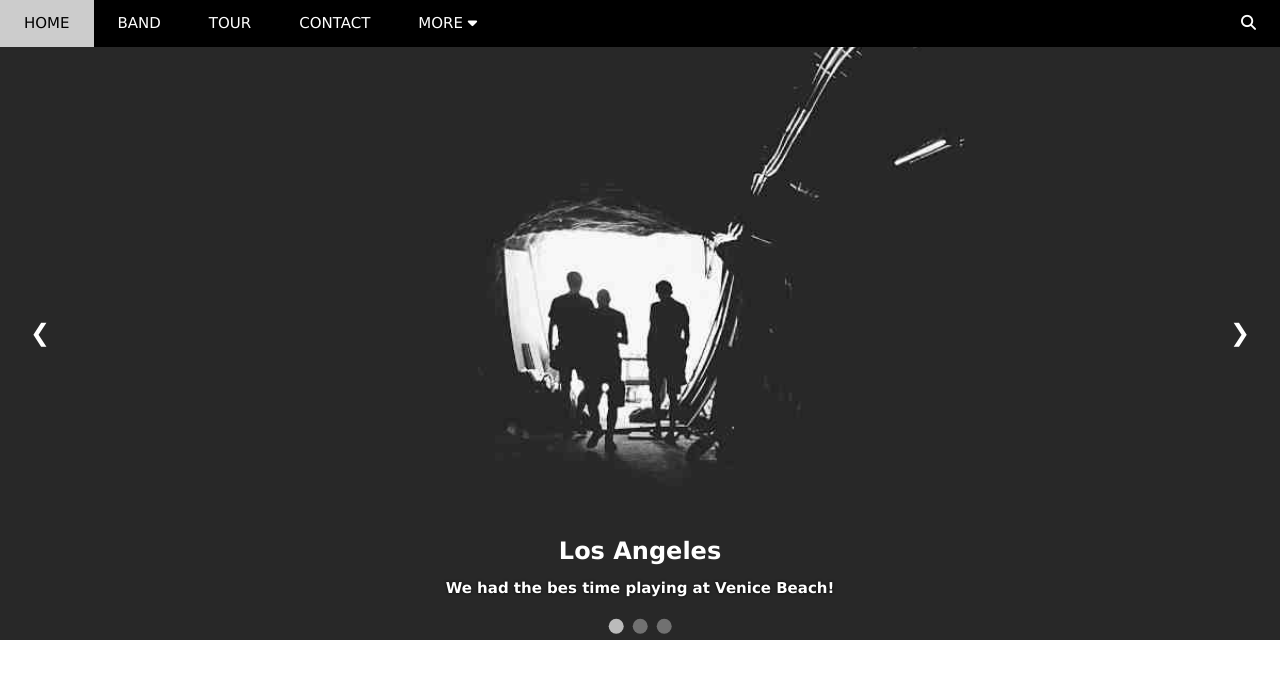
Repository: tam1512/The-Band
Page: index.html
An editor plug-in stored every save of this project. The page is shown before and after the next save, followed by the edit.
The browser window is 1280 px wide. The pictures show the whole page.
Some web libraries are served in a nearby version.

Above is the page before, as saved 2022-07-23 04:54:30.

After the next save:
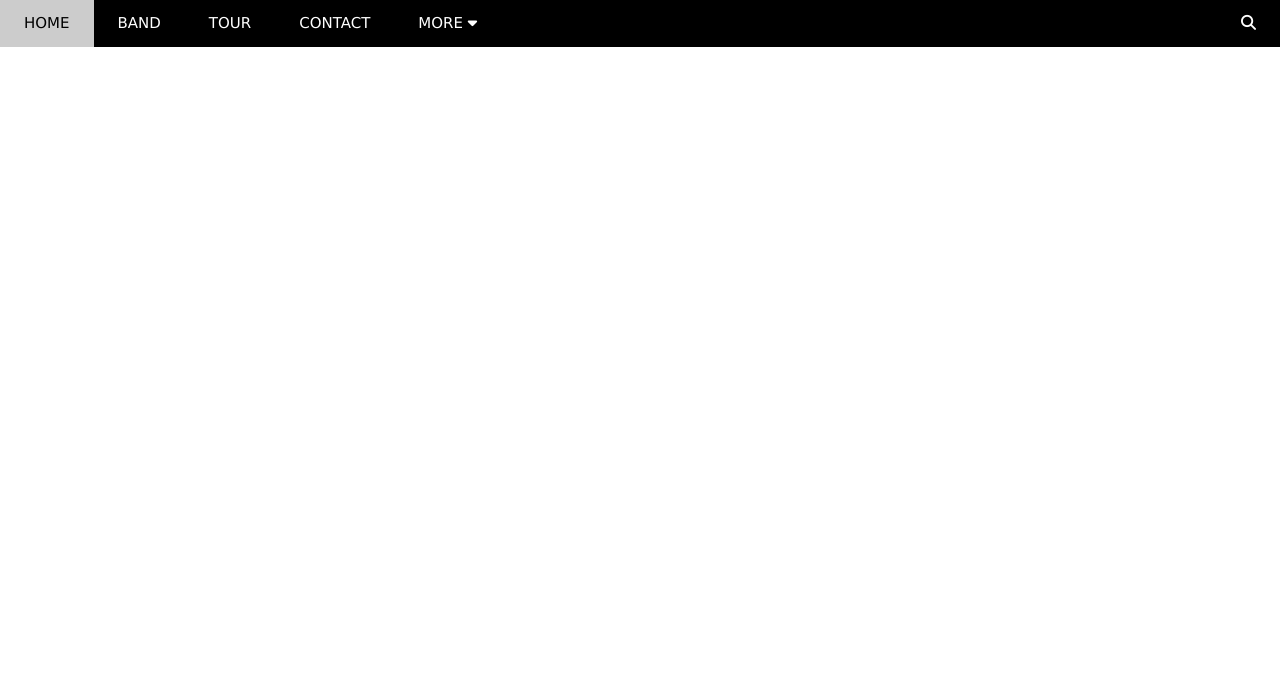
Console error: RangeError: Maximum call stack size exceeded
Saved 22 s later.
--- a/assets/js/js.js
+++ b/assets/js/js.js
@@ -44,7 +44,7 @@ function showSlides(n) {
   //Chỉ Hiển thị slide và dot hiện hành
   slides[slideIndex - 1].style.display = "block";
   dots[slideIndex - 1].className += " active";
-  setTimeout(showSlides, 4000);
+  setTimeout(showSlides(slideIndex), 4000);
 }
 
 function showSlidesAuto() {

After the save that followed:
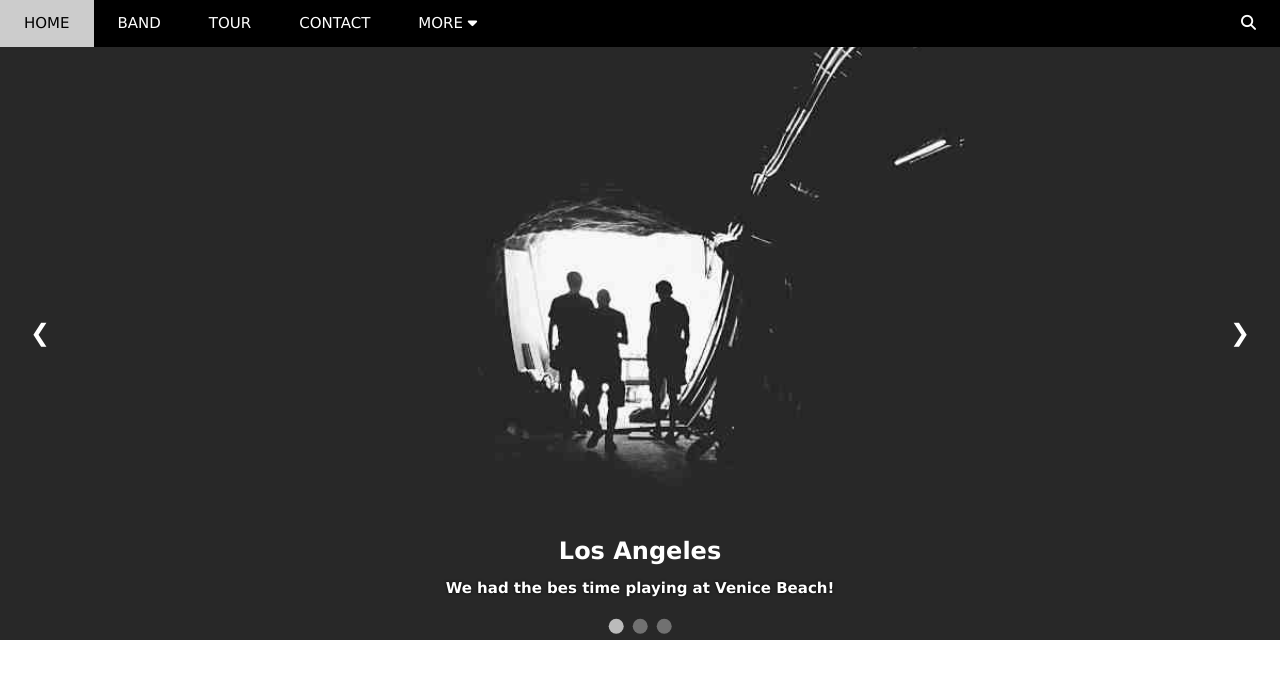
The error is gone.
Saved 40 s later.
--- a/assets/js/js.js
+++ b/assets/js/js.js
@@ -44,7 +44,7 @@ function showSlides(n) {
   //Chỉ Hiển thị slide và dot hiện hành
   slides[slideIndex - 1].style.display = "block";
   dots[slideIndex - 1].className += " active";
-  setTimeout(showSlides(slideIndex), 4000);
+  setTimeout(showSlides, 4000);
 }
 
 function showSlidesAuto() {
